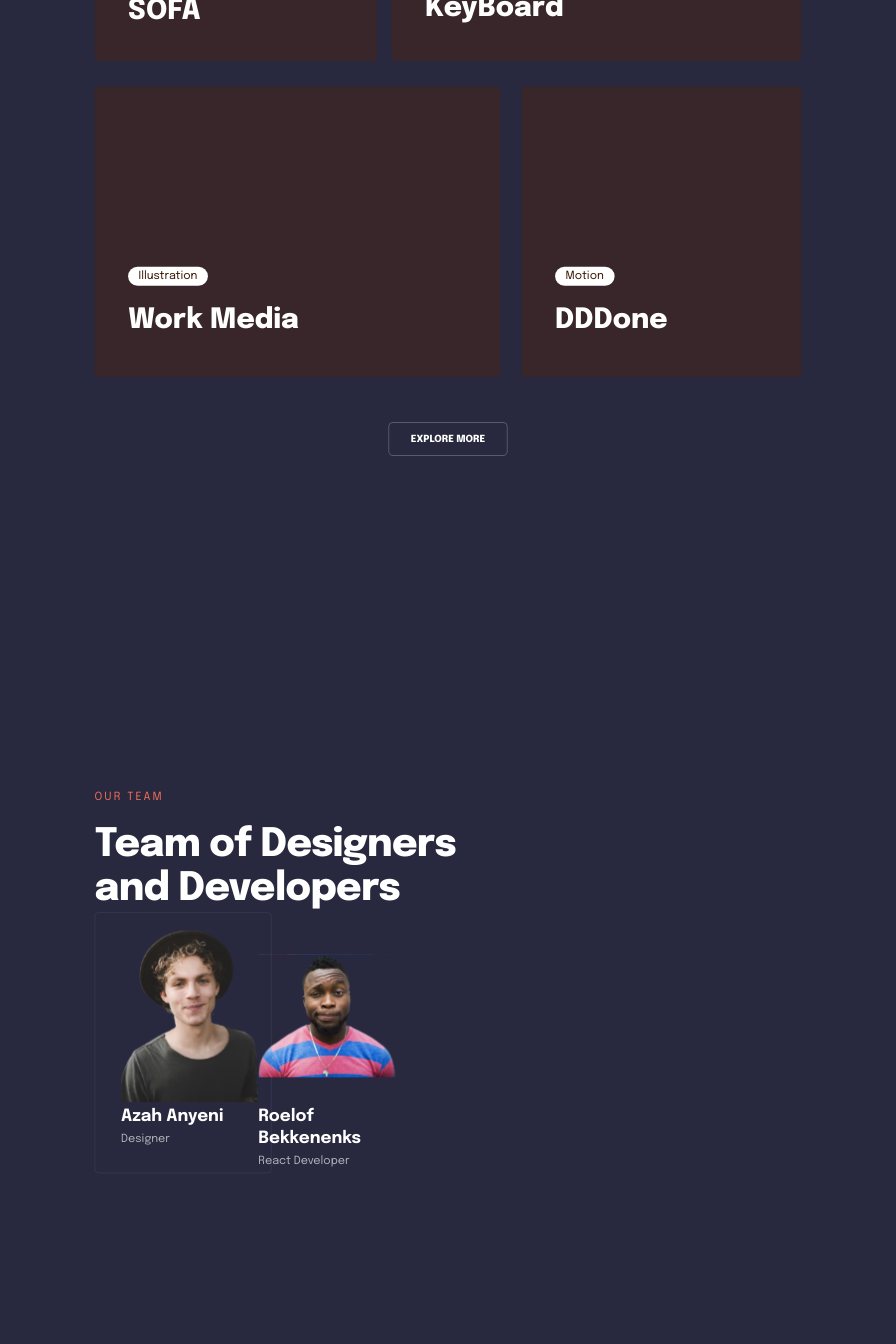
Repository: FidanXankishiyeva/figma-positions-task
Page: index.html
An editor plug-in stored every save of this project. The page is shown before and after the next save, followed by the edit.
The browser window is 1280 px wide. The pictures show the part of the page from y = 673 to 2593 px (the page is 2593 px tall before and 2401 px after), at 70% of full size.

Above is the page before, as saved 2023-08-10 13:32:04.

### index.html
<!DOCTYPE html>
<html lang="en">

<head>
    <meta charset="UTF-8">
    <meta name="viewport" content="width=device-width, initial-scale=1.0">
    <title>Document</title>
    <link rel="stylesheet" href="index.css">
</head>

<body>
    <div class="container">
        <div class="page-1">
            <div class="text-box">
                <h1>Portfolio</h1>
                <h2>Latest Work</h2>
            </div>
            <nav class="position-box">
                <ul>
                    <li>
                        <h1>Show All</h1>
                        <p>14</p>
                    </li>
                    <li>
                        <h1>Design</h1>
                        <p>6</p>
                    </li>
                    <li>
                        <h1>Branding</h1>
                        <p>4</p>
                    </li>
                    <li>
                        <h1>Illustration</h1>
                        <p>3</p>
                    </li>
                    <li>
                        <h1>Motion</h1>
                        <p>1</p>
                    </li>
                </ul>
            </nav>
            <div class="photo-box">
                <div class="sofa-box">
                    <img src="./photo/sofa.svg" alt="">
                    <div class="design-box">
                        <a href="#">Design</a>
                        <p>SOFA</p>

                    </div>
                </div>
                <div class="keyboard-box">
                    <img src="./photo/keyboard.svg" alt="">
                    <div class="branding-box">
                        <a href="#">Branding</a>
                        <p>KeyBoard</p>
                    </div>
                </div>
            </div>

            <div class="photo-box-2">
                <div class="work-media">
                    <img src="./photo/Work-Media.svg" alt="">
                    <div class="illustration-box">
                        <a href="#">Illustration</a>
                        <p>Work Media</p>
                    </div>
                </div>
                <div class="done-box">
                    <img src="./photo/done.svg" alt="">
                    <div class="motion-box">
                        <a href="#">Motion</a>
                        <p>DDDone</p>
                    </div>
                </div>
            </div>
            <button>
                Explore more
            </button>
        </div>
        <div class="page-2">
            <div class="text-box-2">
                <h3 >Our Team</h3>
                <h4>Team of Designers
                    and Developers</h4>
            </div>
            <div class="team-person">
                <ul>
                    <li>
                        <img src="./photo/azah.svg" alt="">
                        <h5>Azah Anyeni</h5>
                        <h6>Designer</h6>
                    </li>
                    <li>
                        <img src="./photo/roelof.svg" alt="">
                        <h5>Roelof Bekkenenks</h5>
                        <h6>React Developer</h6>
                    </li>
                </ul>
            </div>
        </div>
    </div>

</body>

</html>

### index.css
@import url('https://fonts.googleapis.com/css2?family=Epilogue:wght@400;700;800&display=swap');
* {
    margin: 0;
    padding: 0;
    box-sizing: border-box;
}

.container {
    width: 100%;
    background-color: #28293E;
}

.page-1{
    padding: 92px 135px 192px 135px;
}
.text-box h1 {
    margin-bottom: 20px;
    color: var(--text-light-accent, #EF6D58);
    text-align: center;
    font-feature-settings: 'clig' off, 'liga' off;
    font-family: Epilogue;
    font-size: 16px;
    font-style: normal;
    font-weight: 400;
    line-height: 32px;
    letter-spacing: 3px;
    text-transform: uppercase;
}

.text-box h2 {
    margin-bottom: 36px;
    color: var(--text-light, #FFF);
    text-align: center;
    font-feature-settings: 'clig' off, 'liga' off;
    font-family: Epilogue;
    font-size: 56px;
    font-style: normal;
    font-weight: 800;
    line-height: 64px;
    letter-spacing: -1px;
}



.position-box ul {
    display: flex;
    justify-content: center;
}

.position-box ul li {
    list-style-type: none;
    margin-right: 60px;
    display: flex;
}

.position-box ul li h1 {
    color: var(--text-light-gray, rgba(255, 255, 255, 0.64));
    font-feature-settings: 'clig' off, 'liga' off;
    font-family: Epilogue;
    font-size: 16px;
    font-style: normal;
    font-weight: 400;
    line-height: 32px;
}

.position-box ul li p {
    color: var(--text-light-gray, rgba(255, 255, 255, 0.64));
    text-align: center;
    font-feature-settings: 'clig' off, 'liga' off;
    font-family: Epilogue;
    font-size: 14px;
    font-style: normal;
    font-weight: 400;
}

.photo-box {
    display: flex;
    justify-content: space-between;
    margin-top: 68px;
}

.sofa-box {
    width: 40%;
    position: relative;

}

.design-box {
    position: absolute;
    bottom: 51px;
    left: 48px;
    /* top: 50%;
    left: 50%;
    transform: translate(-50%, -50%); */
}

.sofa-box img {
    width: 100%;
    height: 416px;
    margin-right: 30px;
    border-radius: 6px;
    opacity: 0.3181;
    background: #5C2000;
}

.photo-box a {
    width: 84px;
    height: 38px;
    padding: 5px 15px;
    text-decoration: none;
    border-radius: 19px;
    background: #FFF;
    color: var(--text-dark, #391400);
    font-feature-settings: 'clig' off, 'liga' off;
    font-family: Epilogue;
    font-size: 16px;
    font-style: normal;
    font-weight: 400;
    line-height: 32px;
}

.photo-box p {
    margin-top: 23px;
    color: var(--text-light, #FFF);
    font-feature-settings: 'clig' off, 'liga' off;
    font-family: Epilogue;
    font-size: 40px;
    font-style: normal;
    font-weight: 800;
    line-height: 48px;
}

.keyboard-box {
    position: relative;
    width: 58%;
    height: 416px;

}

.keyboard-box img {
    width: 100%;
    height: 100%;
    border-radius: 6px;
    opacity: 0.3181;
    background: #5C2000;
}

.branding-box {
    position: absolute;
    bottom: 51px;
    left: 48px;
}

.photo-box-2 {
    display: flex;
    justify-content: space-between;
    margin-top: 32px;
}

.work-media {
    position: relative;
    margin-right: 30px;
    width: 58%;
    height: 416px;
}

.work-media img {
    width: 100%;
    height: 100%;
    border-radius: 6px;
    opacity: 0.3181;
    background: #5C2000;
}

.photo-box-2 a {
    padding: 5px 15px;
    border-radius: 19px;
    text-decoration: none;
    background: #FFF;
    color: var(--text-dark, #391400);
    font-feature-settings: 'clig' off, 'liga' off;
    font-family: Epilogue;
    font-size: 16px;
    font-style: normal;
    font-weight: 400;
    line-height: 32px;
}

.photo-box-2 p {
    margin-top: 23px;
    color: var(--text-light, #FFF);
    font-feature-settings: 'clig' off, 'liga' off;
    font-family: Epilogue;
    font-size: 40px;
    font-style: normal;
    font-weight: 800;
    line-height: 48px;
}

.illustration-box {
    position: absolute;
    top: 256px;
    left: 48px;
}

.done-box {
    position: relative;
    width: 40%;
    height: 416px;
}

.done-box img {
    width: 100%;
    height: 100%;

    border-radius: 6px;
    opacity: 0.3181;
    background: #5C2000;
}

.motion-box {
    position: absolute;
    top: 256px;
    left: 48px;
}

.box {
    position: absolute;
    top: 64px;
    left: 500px;
}



button {
    width: 170px;
    height: 48px;
    /* padding: 18px 31px; */
    margin: auto;
    margin-top: 64px;
    display: block;
    border-radius: 6px;
    border: 1px solid rgba(255, 255, 255, 0.30);
    background-color: #28293e;
    text-decoration: none;
    color: #FFF;
    text-align: center;
    font-family: Epilogue;
    font-size: 14px;
    font-style: normal;
    font-weight: 900;
    line-height: normal;
    text-transform: uppercase;

}
/* page-2 design */
.page-2{
    padding: 140px 135px 244px 135px;
}
.text-box-2 h3{
    margin-top: 140px;
    color: var(--text-light-accent, #EF6D58);
    font-feature-settings: 'clig' off, 'liga' off;
    font-family: Epilogue;
    font-size: 16px;
    font-style: normal;
    font-weight: 400;
    line-height: 32px;
    letter-spacing: 3px;
    text-transform: uppercase;
}
.text-box-2 h4{
    width: 531px;
    margin-top: 20px;
    color: var(--text-light, #FFF);
font-feature-settings: 'clig' off, 'liga' off;
font-family: Epilogue;
font-size: 56px;
font-style: normal;
font-weight: 800;
line-height: 64px;
letter-spacing: -1px;
}
.team-person ul{
    width: 25%;
padding: 24px 37px 0px 37px;
display: flex;
border-radius: 6px;
border: 1px solid #3A3C56;
}
.team-person ul li{
    list-style-type: none;
}
.team-person img{
    width: 196px;
height: 247px;
}
.team-person h5{
    color: var(--text-light, #FFF);
    font-feature-settings: 'clig' off, 'liga' off;
    font-family: Epilogue;
    font-size: 24px;
    font-style: normal;
    font-weight: 700;
    line-height: 32px;
}
.team-person h6{
    color: var(--text-light-gray, rgba(255, 255, 255, 0.64));
font-feature-settings: 'clig' off, 'liga' off;
font-family: Epilogue;
font-size: 16px;
font-style: normal;
font-weight: 400;
line-height: 32px;
}

After the next save:
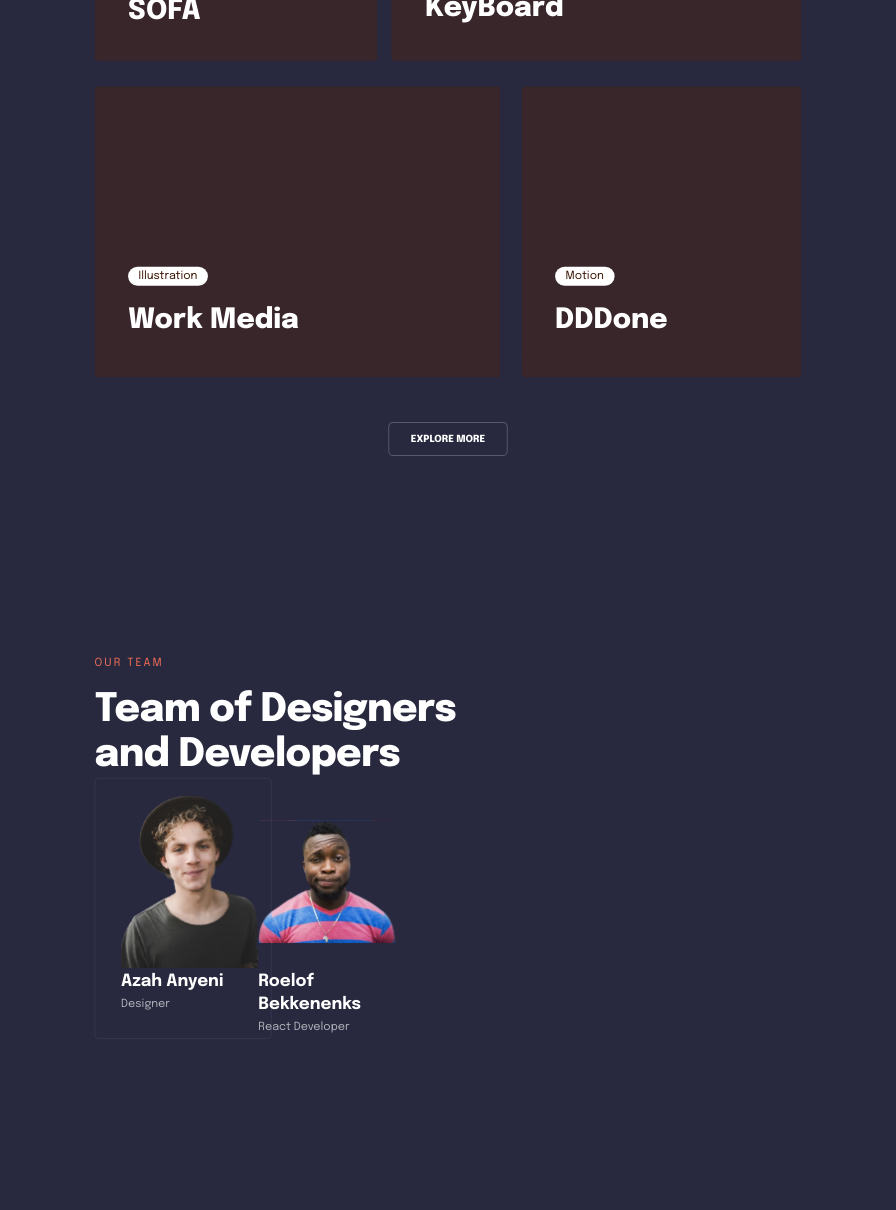
Saved 36 s later.
--- a/index.css
+++ b/index.css
@@ -11,7 +11,7 @@
 }
 
 .page-1{
-    padding: 92px 135px 192px 135px;
+    padding: 92px 135px 0 135px;
 }
 .text-box h1 {
     margin-bottom: 20px;
